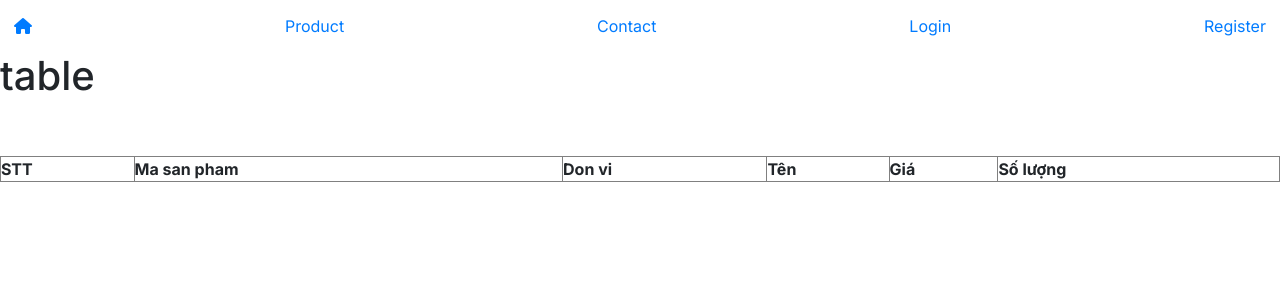
Repository: bao2222/hoc-lam-web
Page: About-me.html
An editor plug-in stored every save of this project. The page is shown before and after the next save, followed by the edit.
The browser window is 1280 px wide. The pictures show the whole page.
Some web fonts or font styles are not loaded; a fallback is used.

Above is the page before, as saved 2025-01-23 17:23:01.

### About-me.html
<!DOCTYPE html>
<html lang="en">
    <head>
        <title>About me</title>
        <meta charset="UTF-8">
        <link rel="name" href="welcome.html" type="text/html">
        <link rel="name" href="login.html" type="text/html">
        <link rel="name" href="logout.html" type="text/html">
        <link rel="stylesheet" href="style.css" type="text/css">
        <script src="project.js"></script>
        <link rel="stylesheet" href="https://cdnjs.cloudflare.com/ajax/libs/font-awesome/6.7.2/css/all.min.css" integrity="sha512-Evv84Mr4kqVGRNSgIGL/F/aIDqQb7xQ2vcrdIwxfjThSH8CSR7PBEakCr51Ck+w+/U6swU2Im1vVX0SVk9ABhg==" crossorigin="anonymous" referrerpolicy="no-referrer" />
        <link rel="stylesheet" href="https://maxcdn.bootstrapcdn.com/bootstrap/4.5.2/css/bootstrap.min.css">
        <script src="https://ajax.googleapis.com/ajax/libs/jquery/3.5.1/jquery.min.js"></script>
        <script src="https://cdnjs.cloudflare.com/ajax/libs/popper.js/1.16.0/umd/popper.min.js"></script>
        <script src="https://maxcdn.bootstrapcdn.com/bootstrap/4.5.2/js/bootstrap.min.js"></script>
        <link rel="preconnect" href="https://fonts.googleapis.com">
        <link rel="preconnect" href="https://fonts.gstatic.com" crossorigin>
        <link href="https://fonts.googleapis.com/css2?family=Inter+Tight:ital,wght@0,100..900;1,100..900&family=Inter:ital,opsz,wght@0,14..32,100..900;1,14..32,100..900&display=swap" rel="stylesheet">



    </head>

    <body>
        <header>
            <div>
                <div class="b-menu">
                    <a href="home.html">
                        <i class="fa-solid fa-house"></i>
                    </a>
                    <a href="b2.html">Product</a>
                    <a href="b3.html">Contact</a>
                    <a href="login.html">Login</a>
                    <a href="logout.html">Register</a>

                </div>

            </div>


        </header>
        <main>
            <h1>table</h1>
            <table border="1" width="100%" height="100%">
                <tr>
                    <th>STT </th><br><br>
                    <th>Ma san pham </th>
                    <th>Don vi </th>
                    <th>Tên </th>
                    <th>Giá </th>
                    <th>Số lượng </th>
                </tr>


            </table>


        </main>


        <footer></footer>



    </body>
</html>

### style.css
*{
    box-sizing: border-box;
    margin: 0;
    padding: 0;
    font-family: 'Inter', sans-serif;
}
.google-header{
    font-family: 'Poppins', sans-serif;
}
header{
    display: flex;
    justify-content: space-between;
    padding: 14px;
    gap: 14px;
}
.b-menu{
    display:flex;
    justify-content: space-between;
    align-items: center ;
    gap: 14;
}

Loaded but not shown: project.js (no stored copy; drawn as an empty file)

After the next save:
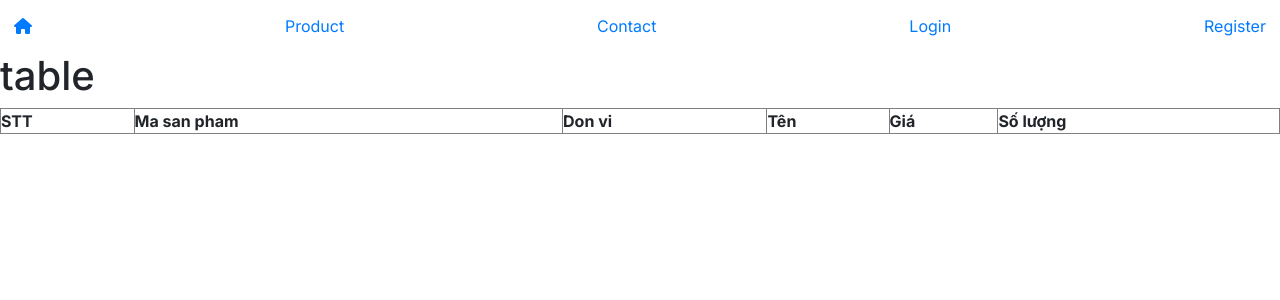
Saved 2 min 47 s later.
--- a/About-me.html
+++ b/About-me.html
@@ -43,7 +43,7 @@
             <h1>table</h1>
             <table border="1" width="100%" height="100%">
                 <tr>
-                    <th>STT </th><br><br>
+                    <th>STT </th>
                     <th>Ma san pham </th>
                     <th>Don vi </th>
                     <th>Tên </th>
